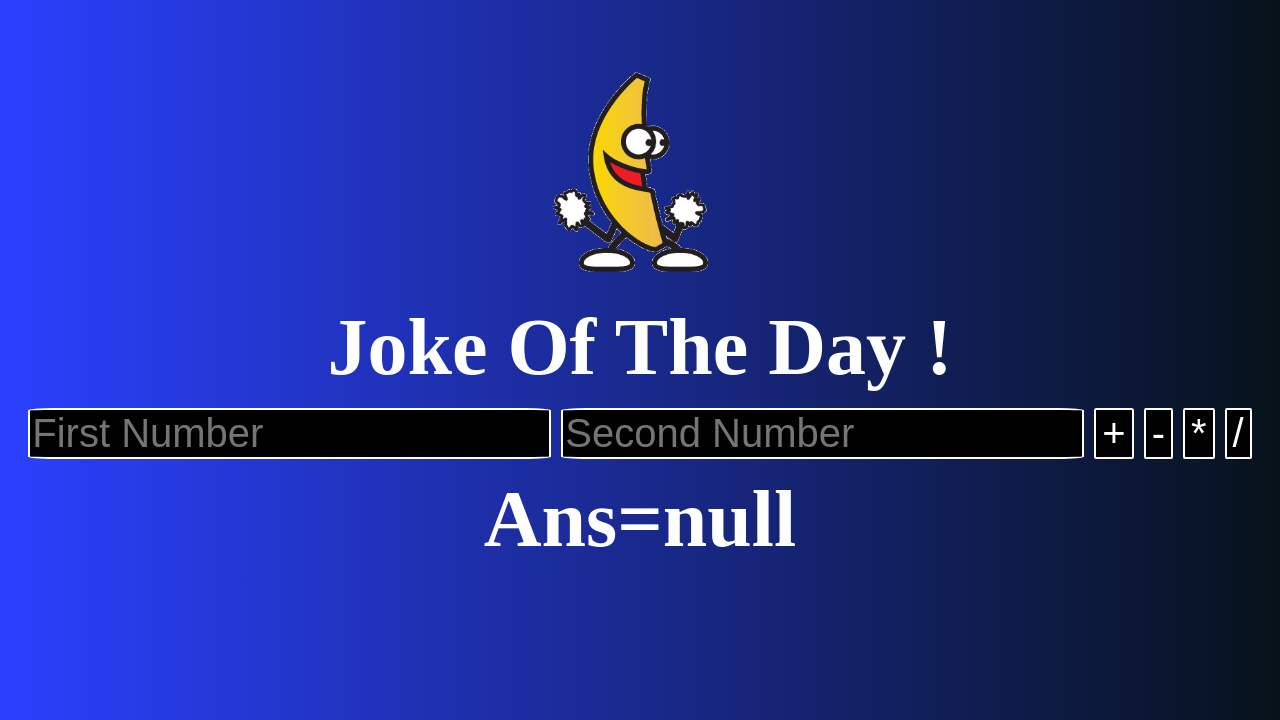
Repository: abhishekkumar013/Java-Code
Page: http://localhost/JokeCalculator/result.jsp
An editor plug-in stored every save of this project. The page is shown before and after the next save, followed by the edit.
The browser window is 1280 px wide. The pictures show the whole page.
The page is served by Tomcat 10.

Above is the page before, as saved 2024-07-02 04:19:33.

After the next save:
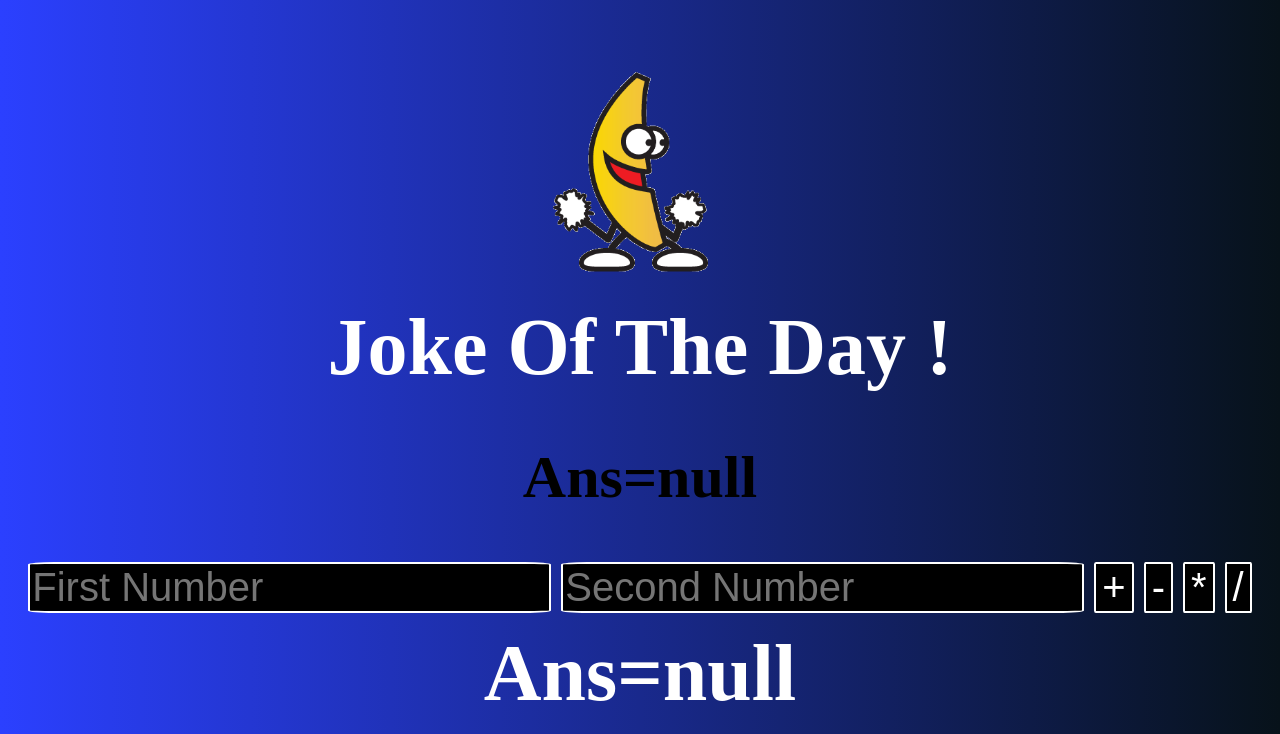
Saved 30 s later.
--- a/JokeCalculator/src/main/webapp/result.jsp
+++ b/JokeCalculator/src/main/webapp/result.jsp
@@ -43,6 +43,7 @@
 
     <img alt="" src="images\output.gif">
     <h1>Joke Of The Day !</h1>
+    <h2>Ans=<%=request.getParameter("joke")%> </h2>
 
 
 <form action="MyServlet">
